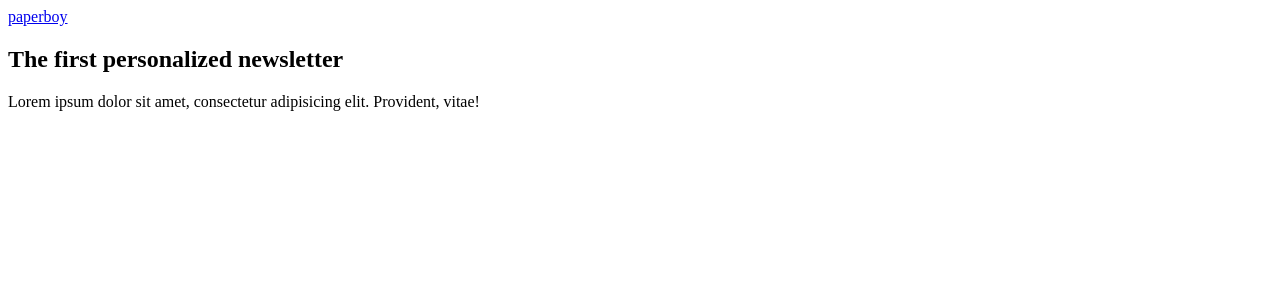
Repository: Gionnn/proiecte
Page: index.html
These files come from the project's save history. The page is drawn as it stood at one moment and after the next save; the edit follows.
The browser window is 1280 px wide. The pictures show the whole page.

Above is the page before, as saved 2022-11-28 10:42:55.

### index.html
<!DOCTYPE html>
<html lang="en">
  <head>
    <meta charset="UTF-8" />
    <meta name="viewport" content="width=device-width, initial-scale=1.0" />
    <meta http-equiv="X-UA-Compatible" content="ie=edge" />
    <link rel="stylesheet" href="css/main.css" />
    <title>Paperboy</title>
  </head>

  <body>
    <div class="hero-bg">
      <section class="top">
        <header>
          <a href="index.html">paperboy</a>
        </header>

        <h1><span>The first </span>personalized newsletter</h1>
        <p>
          Lorem ipsum dolor sit amet, consectetur adipisicing elit. Provident,
          vitae!
        </p>
      </section>
    </div>
  </body>
</html>

Loaded but not shown: css/main.css (no stored copy; drawn as an empty file)

After the next save:
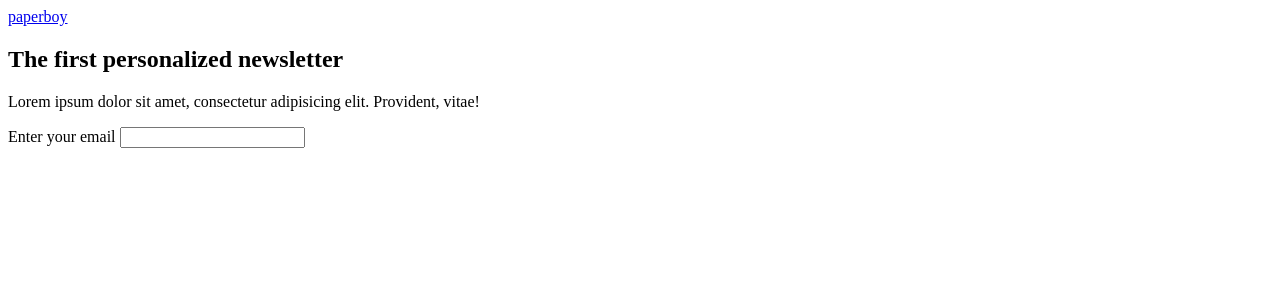
Saved 4 min 44 s later.
--- a/index.html
+++ b/index.html
@@ -20,6 +20,12 @@
           Lorem ipsum dolor sit amet, consectetur adipisicing elit. Provident,
           vitae!
         </p>
+        <div class="form-container">
+          <form action="">
+            <label for="email">Enter your email</label>
+            <input type="text" name="email" id="email" />
+          </form>
+        </div>
       </section>
     </div>
   </body>
